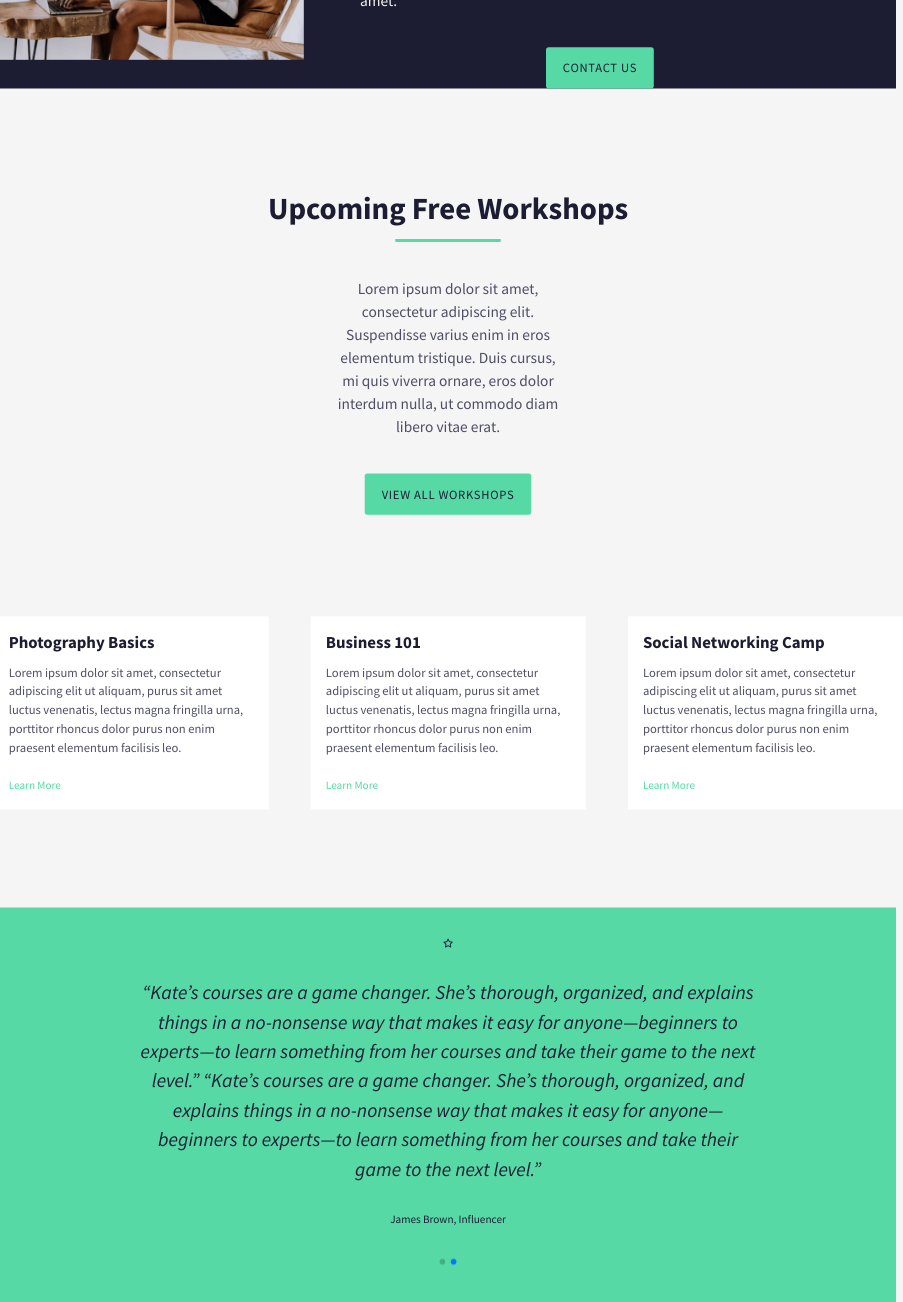
Repository: saidabbasun/skillz
Page: /
These files come from the project's save history. The page is drawn as it stood at one moment and after the next save; the edit follows.
The browser window is 1280 px wide. The page is 1290 px wide, so the pictures cover 1290 px, including what lies to the right of the window. The pictures show the part of the page from y = 2669 to 4549 px (the page is 4529 px tall before and 4549 px after), at 70% of full size.
The project was rebuilt for these pictures with package versions that can differ from the ones it lists, and the page was loaded fresh each time.

Above is the page before, as saved 2022-06-13 18:49:23.

### public/index.html
<!DOCTYPE html>
<html lang="en">
  <head>
    <meta charset="utf-8" />

    <meta name="viewport" content="width=device-width, initial-scale=1" />
    <meta name="theme-color" content="#000000" />
    <link rel="stylesheet" href="https://unicons.iconscout.com/release/v4.0.0/css/line.css">
    <link rel="stylesheet" href="path/to/font-awesome/css/font-awesome.min.css">
    <title>React App</title>
  </head>
  <body>

    <div id="root"></div>

  </body>
</html>

### src/index.js
import React from 'react';
import ReactDOM from 'react-dom/client';
import { BrowserRouter } from "react-router-dom";
import App from './App';


const root = ReactDOM.createRoot(document.getElementById('root'));
root.render(
  <BrowserRouter>
    <App />
  </BrowserRouter>
);

### src/App.js
import Courses from './Components/Courses/Courses';
import Header from './Components/Header';
import Home from './Components/Home';
import Workshops from './Components/Workshops/Workshops';
import './styles/Globl/collection.scss';

function App() {
  return (
    <div>
    <Header/>
    <Home/>
    <Courses/>
    <Workshops/>
    </div>
  );
}

export default App;

### src/Components/Courses/Courses.jsx
import React from "react";
import {Link} from 'react-router-dom'
import Cart from "./Cart";
import ContactUs from '../../assets/images/Contact.png'

const Courses = () => {
  return (
    <div className="container">
        <div className="coursesWrap">

      <div className="coursesTitle">Featured Courses
      <hr className="coursesHr" />
      </div>

      <div className="coursesText">
        Lorem ipsum dolor sit amet, consectetur adipiscing elit. Suspendisse
        varius enim in eros elementum tristique. Duis cursus, mi quis viverra
        ornare, eros dolor interdum nulla, ut commodo diam libero vitae erat.
      </div>
      <Link to={`/`} className="homeBtn ">
      View All Courses
                </Link>
        </div>
        <div className="cartWrap">
       <Cart />
       <Cart/>
       <Cart/>
        </div>
        <div className="contactUs">
          <div className="contactLeftWrap">
          <img src={ContactUs} className='contactImg' alt="Contact us" />
          </div>

          <div className="contactRightWrap">
          <div className='homeTitle'>Get personalized learning recommendations
          <hr className="contactHr" />
          </div>


                <p className="homeText contactText">Lorem ipsum dolor sit amet, consectetur adipiscing elit ut aliquam, purus sit amet luctus venenatis, lectus magna fringilla urnaLorem ipsum dolor sit amet.</p>

                <Link to={`/`} className="homeBtn">
                Contact Us
                </Link>
            </div>
          </div>
        </div>

  );
};

export default Courses;

### src/Components/Header.jsx
import React from 'react'

import { Link } from 'react-router-dom';
import Logo from '../assets/images/Logo.svg';
const Header = () => {
  return (
    <div>
        <div className="topDiscount">
            <p>One week only—50% off all courses with code 50OFF at checkout</p>
        </div>
        <div className="container">
            <div className="navbar">
                <Link  to={`/`}>
                <img src={Logo} alt="logo" />
                </Link>
                <div className="navbarNav">
                    <div className="navItem">
                        <Link  to={`/`} className='navLink'>Courses</Link>
                    </div>
                    <div className="navItem">
                        <Link  to={`/`} className='navLink'>Free Workshops</Link>
                    </div>
                    <div className="navItem">
                        <Link  to={`/`} className='navLink'>Blog</Link>
                    </div>
                    <div className="navItem">
                        <Link  to={`/`} className='navLink'>About</Link>
                    </div>
                    <div className="navItem">
                        <Link  to={`/`} className='navLink'>Contact</Link>
                    </div>
                </div>
                <div className="storWrapper">
                <Link  to={`/`}>
                <i className ="uil uil-shopping-cart stor"></i>
                </Link>
                     <div className="count">
                        <p>0</p>
                     </div>
                </div>
            </div>
        </div>
    </div>
  )
}

export default Header

### src/Components/Home.jsx
import React from 'react'
import { Link } from 'react-router-dom'

const Home = () => {
  return (
    <div className='container'>
        <div className="row">
            <div className="col5">
                <div className="CourseHome">
                    Featured Course
                </div>
                <p className='homeTitle'>Run your own online learning platform</p>
                <p className="homeText">A deep-dive on the Instagram algorythm, hashtags, content strategy, and branding.</p>
                <p className="homeAfter">Kathryn Murphy</p>
                <Link to={`/`} className="homeBtn">
                Learn More
                </Link>
            </div>
            <div className="col7">
            <div className="waveLine"></div>
                <div className="bgRectangle">

                    <div className="Rectangle1"></div>
                    <div className="Rectangle2"></div>
                    <div className="Rectangle3"></div>


                </div>
            </div>
        </div>

    </div>
  )
}

export default Home

### src/Components/Workshops/Workshops.jsx
import React from 'react'
import {Link} from 'react-router-dom';
import { Swiper, SwiperSlide } from "swiper/react";
import "swiper/css";
import "swiper/css/pagination";
import "swiper/css/navigation";

// import required modules
import { Autoplay, Pagination } from "swiper";


const Workshops = () => {

   const  listCart=[
    'Photography Basics' ,
'Business 101',
'Social Networking Camp']
  return (
    <>
    <div className='container'>
         <div className=" workshopsWrap">

<div className="coursesTitle Title ">Upcoming Free Workshops
<hr className="coursesHr" />
</div>

<div className="coursesText Text">
  Lorem ipsum dolor sit amet, consectetur adipiscing elit. Suspendisse
  varius enim in eros elementum tristique. Duis cursus, mi quis viverra
  ornare, eros dolor interdum nulla, ut commodo diam libero vitae erat.
</div>
<Link to={`/`} className="homeBtn ">
View All Workshops
          </Link>
  </div>
    </div>
    <div className="cartWrap workshopsCart">
   {listCart.map((data ,ind)=>(

       <div key={ind} className="cart">
           <p className="cartTitle">
           {data}
           </p>
           <p className="cartText">
           Lorem ipsum dolor sit amet, consectetur adipiscing elit ut aliquam, purus sit amet luctus venenatis, lectus magna fringilla urna, porttitor rhoncus dolor purus non enim praesent elementum facilisis leo.
           </p>
           <Link to={`/`} className='cartLink'>Learn More</Link>

   </div>
   ))}
   </div>
   <div className="caruselWrapper">
   <Swiper
        spaceBetween={50}
        centeredSlides={true}
        autoplay={{
          delay: 3500,
          disableOnInteraction: false,
        }}
        pagination={{
          clickable: true,
        }}

        modules={[Autoplay, Pagination]}
        className="mySwiper"
      >
        <SwiperSlide>
        <i className="uil uil-star"></i>
            <div className="caruselText">


            “Kate’s courses are a game changer. She’s thorough, organized, and explains things in a no-nonsense way that makes it easy for anyone—beginners to experts—to learn something from her courses and take their game to the next level.”
            </div>
            <div className="caruselAfter">
            James Brown, Influencer
            </div>
        </SwiperSlide>
        <SwiperSlide>
        <i className="uil uil-star"></i>
        <div className="caruselText">

                        “Kate’s courses are a game changer. She’s thorough, organized, and explains things in a no-nonsense way that makes it easy for anyone—beginners to experts—to learn something from her courses and take their game to the next level.”

            “Kate’s courses are a game changer. She’s thorough, organized, and explains things in a no-nonsense way that makes it easy for anyone—beginners to experts—to learn something from her courses and take their game to the next level.”
            </div>
            <div className="caruselAfter">
            James Brown, Influencer
            </div>
        </SwiperSlide>

      </Swiper>
   </div>
    </>
  )
}

export default Workshops

### src/styles/Globl/collection.scss
@import './globl';
@import './variables.scss';
@import './mixin';
@import '../Globl/font-face.scss';
@import '../Header.scss';
@import '../Home.scss';
@import '../Courses.scss';
@import '../Workshops.scss';
@import '../About.scss';

### src/Components/Courses/Cart.jsx
import React from 'react'
import {Link} from 'react-router-dom';
import Course from '../../assets/images/Course1.png'
const Cart = () => {
  return (
    <div className='cart'>
   <img className='cartImg' src={Course} alt="img" />
   <div className="cartBody">

      <div className="cartText">
      How to Increase Your Engagement on Instagram
      </div>
      <div className="homeAfter">
      Katie Murphy
      </div>
      <div className="PriceWrap">


      <div className="Price oldPrice">
      $ 59.99 USD
      </div>
      <div className="Price ">
      $ 59.99 USD
      </div>
      </div>
      <Link to={`/`} className='cartLink'>Learn More</Link>
   </div>
    </div>
  )
}

export default Cart

### src/styles/Globl/_globl.scss

@import './variables.scss';
*{
    box-sizing: border-box;
    padding: 0;
    margin: 0;
    font-family:SourceSansProRegular ;
    color: $color_bg_title;
}
body{
    background-color: $color_body;
}
.container{
    margin: 0 auto;


}

### src/styles/Globl/variables.scss
$color_btn:#57D9A6;
$color_body:#F5F5F5;
$color_bg_title:#1C1C33;
$text_footer: #F6F6F8;
$color_text:#4E4E65;
$color_white:#FFFFFF;
$color_cartBg:#FC5468;
$rastangle_size:100px;

### src/styles/Globl/_mixin.scss
@import '../Globl/variables.scss';
@mixin flexbox {
    display: flex;
    align-items: center;
}
@mixin Rectangle($radius,$namber) {

 position: absolute;

    width:  calc(#{$rastangle_size}  *#{$namber});
    height:  calc(#{$rastangle_size}  * #{$namber});
     border-radius: 50%;
     border-top-right-radius: $radius;
     background-color: $color_btn;
     box-shadow: 14px 14px 20px rgba(28, 28, 51, 0.5);
}

### src/styles/Globl/font-face.scss


@font-face {
    font-family: SourceSansProRegular;

    src:  url('../../assets/fontFamily/SourceSansPro-Regular.ttf');
  }
  @font-face {
    font-family: SourceSansProBold;

    src:  url('../../assets/fontFamily/SourceSansPro-Bold.ttf');
  }
  @font-face {
    font-family: SourceSansProItalic;

    src:  url('../../assets/fontFamily/SourceSansPro-Italic.ttf');
  }

### src/styles/Header.scss
@import './Globl/variables.scss';
@import './Globl/mixin';
.topDiscount{
    background-color:$color_btn;
    font-weight: 400;
font-size: 18px;
text-align: center;

padding: 8px 0;

}
.navbar{
    @include flexbox;
    background-color:$color_bg_title;
    justify-content:space-between;
    padding: 24px 82px;
}
.navbarNav{
    @include flexbox;
 column-gap: 40px;
}

.navLink{

    font-weight: 400;
font-size: 17px;
    text-decoration: none;
    color: $text_footer;
}
.storWrapper{
    position: relative;
}
.stor{
    color:$color_white;
    font-size: 40px;


}
.count{
    padding:0  6px;
    background-color: $color_cartBg;
    color: $color_white;
    position: absolute;
    border-radius: 50%;
    font-size: 11px;
    line-height: 18px;
    position: absolute;
    top: 3px;
    right: 0;

}

### src/styles/Home.scss
@import './Globl/variables.scss';
@import './Globl/mixin';
.row{

    padding:0 0 120px 82px;
 @include flexbox;

 background-color: $color_bg_title;
}
.col5{
    width: 35%;

    color: $text_footer;
}
.CourseHome{
   width: 150px;
   padding: 7px 0;
    font-weight: 400;
font-size: 16px;
letter-spacing: 1px;
text-transform: uppercase;
color: $text_footer;
border-bottom: 2px solid $color_btn;
}
.homeTitle{
    font-family: SourceSansProBold;
    padding: 59px 0 22px;
    font-weight: 700;
font-size: 55px;
line-height: 60px;
color: $text_footer;
}
.homeText{
    line-height: 33px;
font-weight: 400;
font-size: 22px;
color: $text_footer;
}
.homeAfter{
    margin: 22px 0 48px ;
    font-weight: 400;
font-size: 17px;
line-height: 27px;
color: #B2B2BF;
}
.homeBtn{

    font-weight: 400;
font-size: 18px;
line-height: 27px;
padding: 16px 24px;
letter-spacing: 1px;
text-transform: uppercase;
background-color: $color_btn;
color: $color_bg_title;
text-decoration: none   ;
border-radius: 4px;
}

.col7{
    position: relative;
    width: 60%;

    padding-top: 200px;
}

.bgRectangle{
position: relative;

 margin: 0 auto;
   width:calc(#{$rastangle_size} * 6.2);
    height: calc(#{$rastangle_size}  * 6.2);
    filter: drop-shadow(21px 21px 30px rgba(28, 28, 51, 0.4));
    border-radius: 50%;
    border-top-left-radius: 8px;

    background-image: url(../assets/images/homeImg.png);
}
    .waveLine{
      position: absolute;
      top: 150px;
      left: 90px;
        width: calc(#{$rastangle_size} * 3.5);
        height:calc(#{$rastangle_size}*2.38);
        background-image: url(../assets/images/Line.png);
        background-repeat: repeat-y;
        background-position: center;
    }
    .Rectangle1{
        @include Rectangle(6px,1) ;
      transform: rotate(-90deg);
        top: -50px;
        left: 300px;
    }
    .Rectangle2{
        @include Rectangle(16px,1.5) ;
       top: -20px;
       right: 45px;

    }
    .Rectangle3{
        @include Rectangle(36px,3.4) ;
        right: -100px;
        bottom: 20px;
    }

### src/styles/Courses.scss
@import './Globl/variables.scss';
@import './Globl/mixin';
.coursesWrap{
    background-color: $color_bg_title;
    padding: 80px 82px;
    display: flex;
    justify-content: center;
    flex-direction: column;
    align-items: center;
}
.coursesTitle{
    font-family: SourceSansProBold;
    color:$text_footer ;
    font-weight: 700;
font-size: 44px;
line-height: 53px;

}
.coursesHr{
    margin: 0 auto;
    width: 150px;
    background-color: $color_btn;
    border:2px solid  $color_btn;
    margin-top: 17px;

}
.coursesText{
    font-weight: 400;
font-size: 22px;
line-height: 33px;
color:$text_footer ;
text-align: center;
padding: 50px 400px;

}
.cartWrap{
    display: grid;
    align-items: center;
    grid-template-columns:repeat(3,auto);
    justify-content: center;
    gap: 60px;
    background-color: $color_bg_title;
    padding: 0 82px 140px;

}
.cart{
    width: 393px;
    background-color: $color_white;
}
.cartImg{

    height: 197px;
}
.cartBody{
    padding: 22px 90px 25px 24px;
}
.cartText{
    font-weight: 400;
font-size: 24px;
line-height: 29px;

}
.homeAfter{
    font-weight: 400;
font-size: 17px;
line-height: 27px;
color: $color_text;

}
.PriceWrap{
    display: flex;
    column-gap: 8px;
    padding: 8px 0 15px ;
}
.Price{
    font-weight: 400;
font-size: 22px;


}
.oldPrice{
    color: #B2B2BF;
}
.cartLink{
    font-weight: 400;
font-size: 16px;
line-height: 21px;
color: #57D9A6;
text-decoration: none;
}
.contactUs{
    @include flexbox;
    justify-content: center;
    background-color: $color_bg_title;
}
.contactLeftWrap{
    width: 70%;
}
.contactRightWrap{
    padding: 0 80px;
    @include flexbox;
    justify-content: center;
    flex-direction: column;

    row-gap: 50px;
}
.contactHr{
    width: 150px;
    background-color: $color_btn;
    border: 2px solid $color_btn;
    margin-top: 16px;
}
.contactImg{
    width: 100%;
}
.contactText{

}

### src/styles/Workshops.scss
@import './Globl/variables.scss';
.workshopsWrap{
    padding: 145px 82px;
    display: flex;
    justify-content: center;
    flex-direction: column;
    align-items: center;

    .Title{
        color: $color_bg_title;
    }
    .Text{
        color: $color_text
    }
}
.workshopsCart{
    background-color: transparent;
    .cart{
        padding: 22px 36px 24px 22px;

    }
    .cartTitle{
        font-family: SourceSansProBold;
        font-weight: 700;
font-size: 24px;
line-height: 29px;
    }
    .cartText{
        font-weight: 400;
font-size: 18px;
line-height: 27px;
color: $color_text;
padding: 15px 0 30px;
    }
}
.caruselWrapper{
    padding: 82px 117px 300px  117px;
    background-color: $color_btn;
    padding: 40px 0;
    text-align: center;
}
.caruselText{
    padding: 40px 200px;
    font-weight: 400;
font-size: 28px;
line-height: 42px;
font-family: SourceSansProItalic;
}
.caruselAfter{
    padding-bottom: 70px;
}

### src/styles/About.scss
@import './Globl/variables.scss';

.bgRectangleAbout{
    background-image: url(../assets/images/About.png);

}

After the next save:
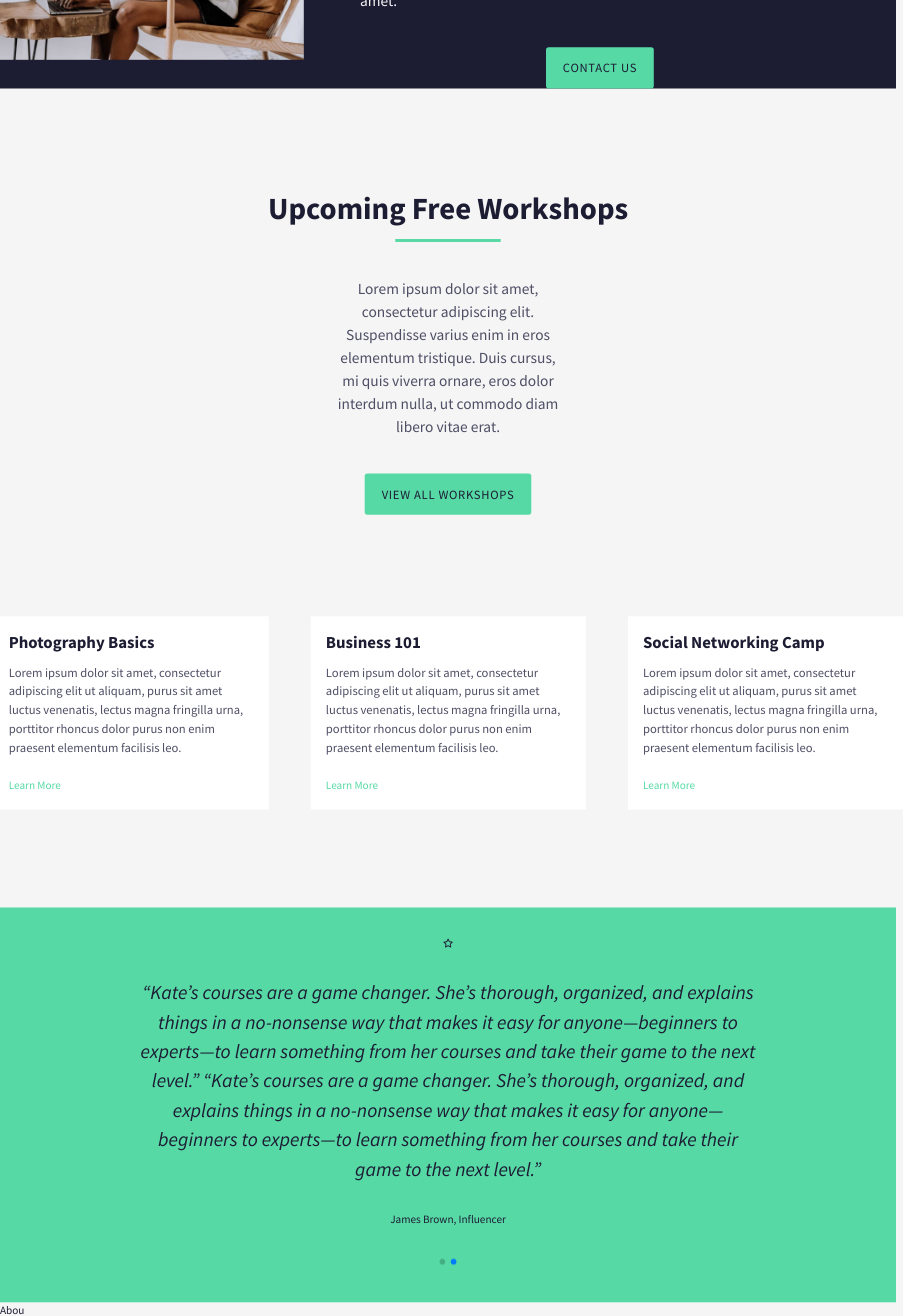
Saved 10 s later.
--- a/src/App.js
+++ b/src/App.js
@@ -11,6 +11,7 @@ function App() {
     <Home/>
     <Courses/>
     <Workshops/>
+    Abou
     </div>
   );
 }
